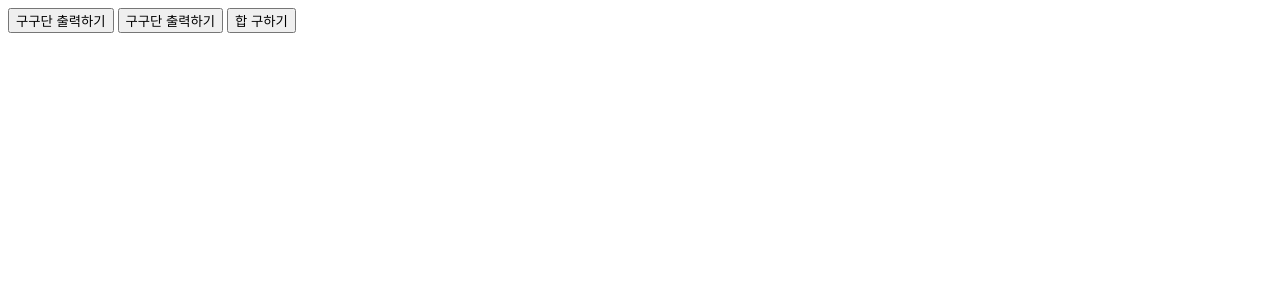
Repository: sonic247897/multicampus-web
Page: clientweb/WebContent/js_basic/js_function_exam.html
The author's editor kept a copy of each file at every save. The page is drawn from the files as they stood at one save, then again after the next save.
The browser window is 1280 px wide. The pictures show the whole page.

Above is the page before, as saved 2020-01-07 05:38:18.

After the next save:
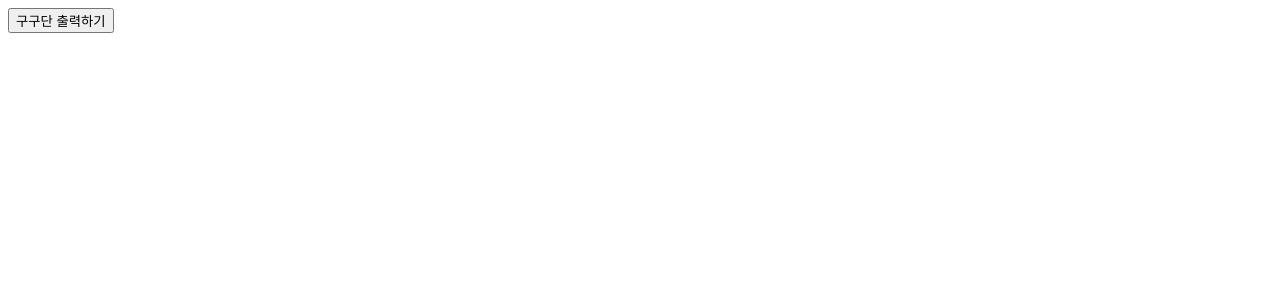
Saved 7 s later.
--- a/clientweb/WebContent/js_basic/js_function_exam.html
+++ b/clientweb/WebContent/js_basic/js_function_exam.html
@@ -22,7 +22,5 @@
 
 	</script>
 
-	<input type = "button" value= "구구단 출력하기" onclick="javascript:printGuGu(dan)"/>
-	<input type = "button" value= "합 구하기" onclick="javascript:calcNum(num1)"/>
 </body>
 </html>
